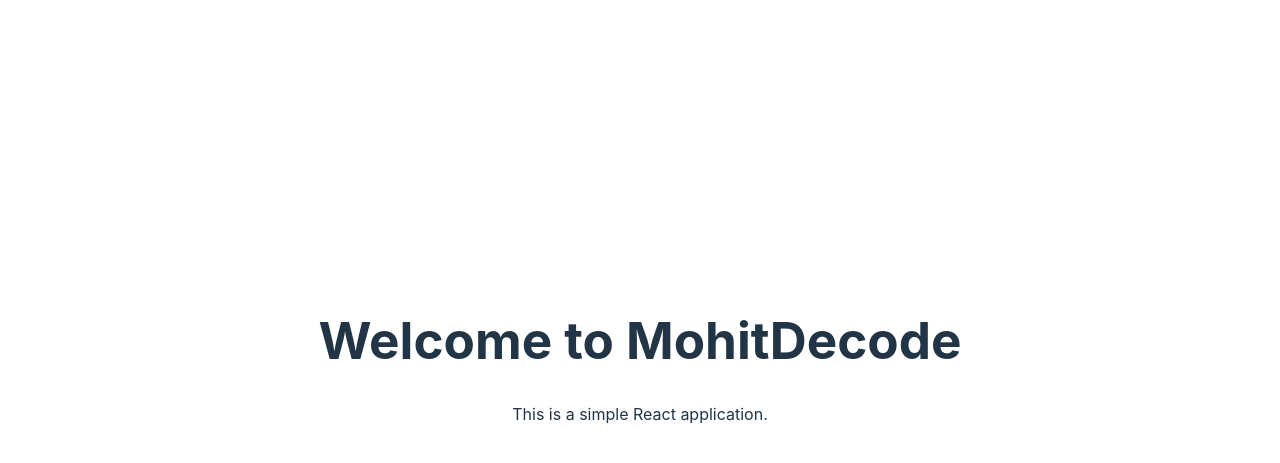
Repository: Mohitkumar1322/ReactTut
Page: / (app in MohitDecode/)
The author's editor kept a copy of each file at every save. The page is drawn from the files as they stood at one save, then again after a run of saves.
The browser window is 1280 px wide. The pictures show the whole page.
The project was rebuilt for these pictures with package versions that can differ from the ones it lists, and the page was loaded fresh each time. Also part of the build but not shown: MohitDecode/vite.config.js.

Above is the page before, as saved 2025-07-27 21:00:38.

### MohitDecode/src/App.jsx

import './App.css'

function App() {
  // let user={
  //   name: "Mohit",
  //   age: 20,
  //   email: "mohit@example.com"
  // }

  // function add(x,y){
  //   return x+y;
  // }

  return (
    <>
      {/* <h1>User Information</h1>
      <p>Name: {user.name}</p>
      <p>Age: {user.age}</p>
      <p>Email: {user.email}</p>
      <p>Sum of 5 and 10 is: {add(5, 10)}</p> */}

        <div className="App">
        <h1>Welcome to MohitDecode</h1>
        <p>This is a simple React application.</p>
      </div>

    </>
  )
}

export default App

Loaded but not shown: MohitDecode/index.html (common file); MohitDecode/src/main.jsx (common file); MohitDecode/src/index.css (common file); MohitDecode/src/App.css (common file)

After the next 2 saves:
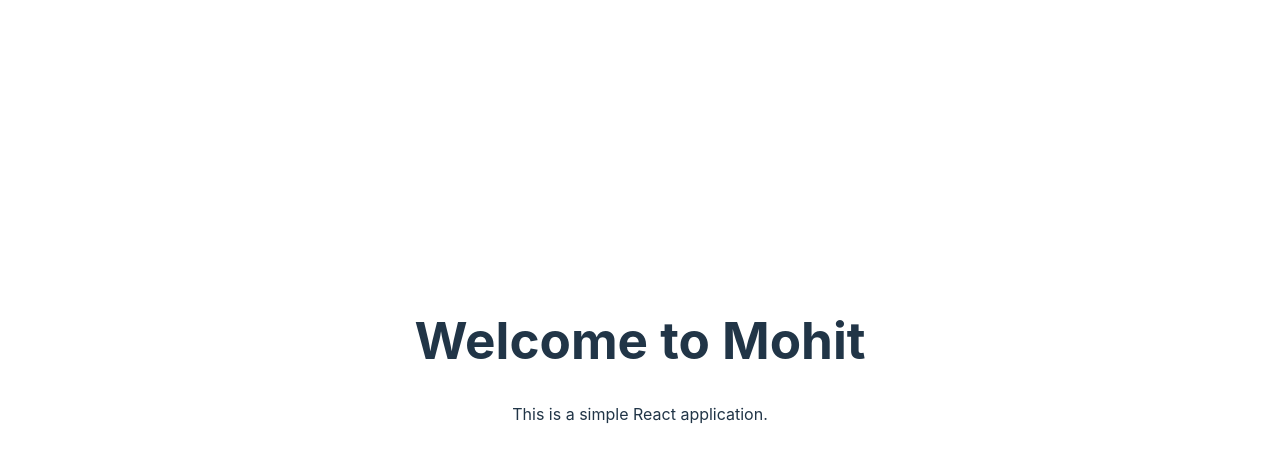
The 2 saves are shown as one change because they came seconds apart.
The last was saved 63 s later.
--- a/MohitDecode/src/App.jsx
+++ b/MohitDecode/src/App.jsx
@@ -21,7 +21,7 @@
       <p>Sum of 5 and 10 is: {add(5, 10)}</p> */}
 
         <div className="App">
-        <h1>Welcome to MohitDecode</h1>
+        <h1>Welcome to Mohit</h1>
         <p>This is a simple React application.</p>
       </div>
 
